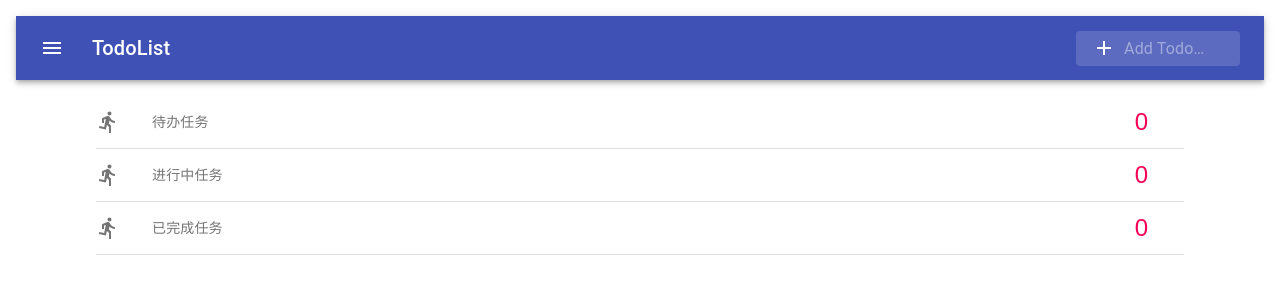
Repository: harperl71/TodoList
Page: /
The author's editor kept a copy of each file at every save. The page is drawn from the files as they stood at one save, then again after the next save.
The browser window is 1280 px wide. The pictures show the whole page.
The project was rebuilt for these pictures with package versions that can differ from the ones it lists, and the page was loaded fresh each time. Also part of the build but not shown: src/components/content/task-item/index.tsx.

Above is the page before, as saved 2021-05-21 09:10:50.

After the next save:
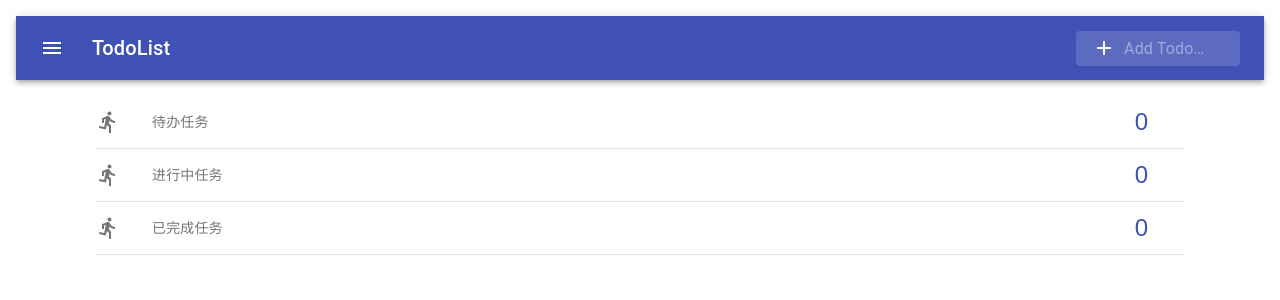
Saved 11 s later.
--- a/src/components/content/task-list/index.tsx
+++ b/src/components/content/task-list/index.tsx
@@ -58,7 +58,7 @@ const TaskList = ({ title, status }: Iprops) => {
             <ListItemText secondary={title} />
             <IconButton
               className={classes.listnum}
-              color="secondary"
+              color="primary"
               aria-label="list-num"
             >
               {
